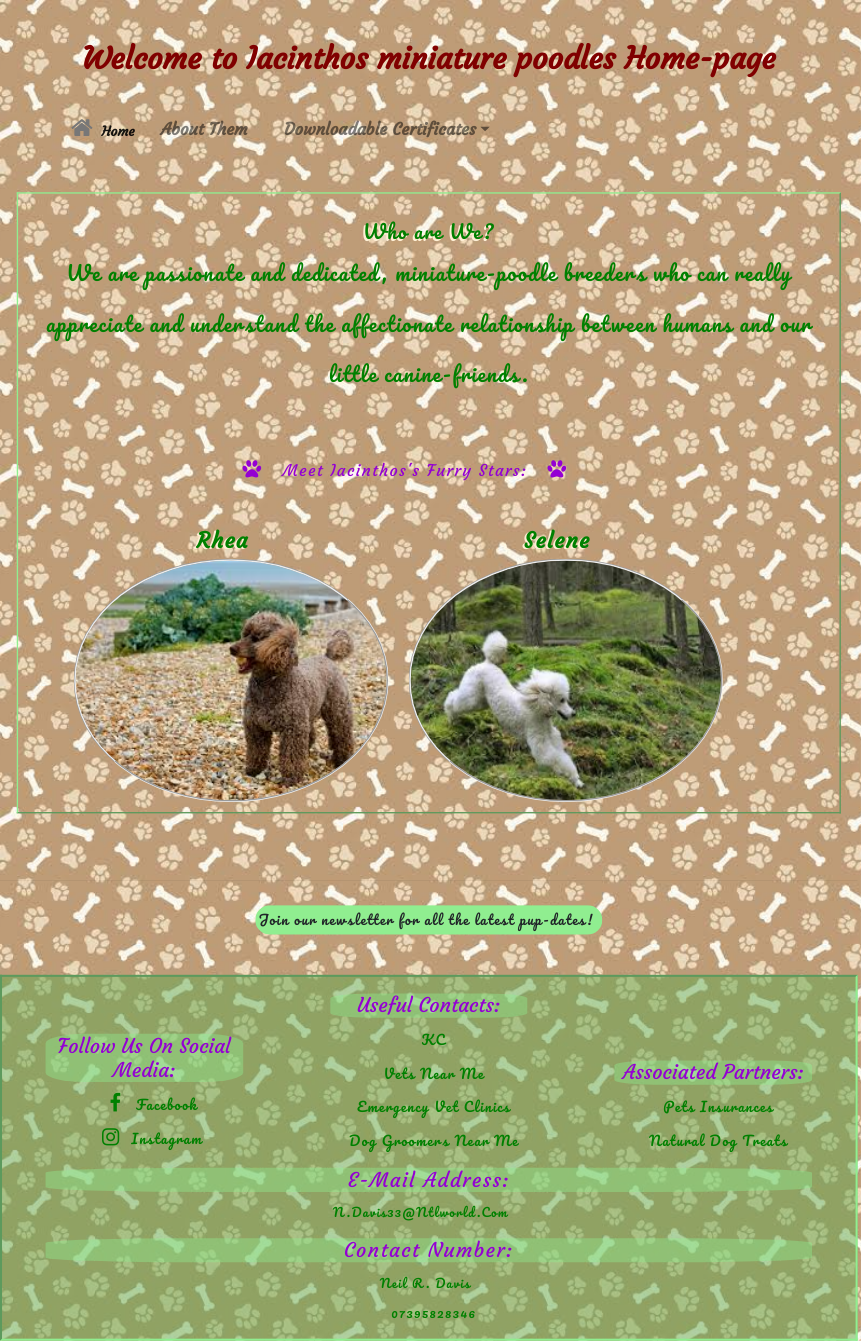
Repository: Code-Institute-Submissions/GeorgiosSklav-Iacinthos-blog
Page: index.html
The author's editor kept a record of every edit. The page is drawn from the files as they stood at one moment, then again after the next edit.
The browser window is 1280 px wide. The page is 1285 px wide, so the pictures cover 1285 px, including what lies to the right of the window. The pictures show the whole page, at 67% of full size.

Above is the page before.

### index.html
<!DOCTYPE html>
<html lang="en">

<head>
    <meta charset="UTF-8">
    <meta name="viewport" content="width=device-width, initial-scale=1.0">
    <meta http-equiv="X-UA-Compatible" content="ie=edge">
    <link rel="stylesheet" href="https://stackpath.bootstrapcdn.com/bootstrap/4.3.1/css/bootstrap.min.css " integrity="sha384-ggOyR0iXCbMQv3Xipma34MD+dH/1fQ784/j6cY/iJTQUOhcWr7x9JvoRxT2MZw1T " crossorigin="anonymous ">
    <title>Iacinthos mini Poodles</title>
    <link rel="stylesheet" href="https://stackpath.bootstrapcdn.com/font-awesome/4.7.0/css/font-awesome.min.css" integrity="sha384-wvfXpqpZZVQGK6TAh5PVlGOfQNHSoD2xbE+QkPxCAFlNEevoEH3Sl0sibVcOQVnN" crossorigin="anonymous">
    <link rel="stylesheet" href="style.css" type="text/css" />
</head>

<body>

    <header class="container">
        <div class="row align-items-start homepage">
            <a href="index.html" class="col-12 logo">
                <h1>Welcome to Iacinthos miniature poodles Home-page</h1>
            </a>
        </div>

        <nav class="navbar navbar-light navbar-expand-sm">
            <a href="index.html" class="navbar-brand"><i class="fa fa-home"></i> Home</a>
            <button class="navbar-toggler ml-auto" type="button" data-toggle="collapse" data-target="#navbarNavDropdown" aria-controls="Toggle navigation">
            <span class="navbar-toggler-icon"></span></button>
            <div class="collapse navbar-collapse" id="navbarNavDropdown">
                <ul class="navbar-nav mt-auto mt-2 mt-lg-0">
                    <li class="nav-item mr-2"><a class="nav-link" href="about-them.html">About Them</a></li>
                    <li class="nav-item dropdown">
                        <div class="nav-link dropdown-toggle" id="navbarDropdownMenuLink" role="button" data-toggle="dropdown" aria-haspopup="true" aria-expanded="false">
                            Downloadable Certificates</div>
                        <div class="dropdown-menu" aria-labelledby="navbarDropdownMenuLink">
                            <a class="dropdown-item" href="certificate.html">Kennel Club</a>
                            <a class="dropdown-item" href="lineage.html">Blood-Lineage</a>
                        </div>
                    </li>
                </ul>
            </div>
        </nav>


    </header>
    <main>
        <div class="jumbotron-fluid about" id="frame">
            <div class="about">
                <h3 class="about-title">Who are We?</h3>
                <p>We are passionate and dedicated, miniature-poodle breeders who can really appreciate and understand the affectionate relationship between humans and our little canine-friends.</p>
            </div>

            <div class="container">
                <div class="row introduction">
                    <div class="col-12 container-title capitalise">
                        <h4><i class="fa fa-paw" aria-hidden="true"></i>Meet Iacinthos's furry stars:<i class="fa fa-paw" aria-hidden="true"></i></h4>
                    </div>
                    <div class="col-10 offset-1 offset-sm-0 col-sm-6 offset-md-0 col-md-6">
                        <h5 class="dog-name">Rhea</h5>
                        <img src="./Media/selene.jpg" class="img-50">
                    </div>
                    <div class="col-10 offset-1 offset-sm-0 col-sm-6 offset-md-0 col-md-6">
                        <h5 class="dog-name">Selene</h5>
                        <img src="./Media/forest.jpg" class="img-50">
                    </div>
                </div>
            </div>
        </div>
    </main>
    <hr>

    <!------------------------------------------------ Modal -->

    <button type="button" class="btn btn-color" data-toggle="modal" data-target="#exampleModal">
  Join our newsletter for all the latest pup-dates!
</button>

    <div class="modal fade" id="exampleModal" tabindex="-1" role="dialog" aria-labelledby="exampleModalLabel" aria-hidden="true">
        <div class="modal-dialog" role="document">
            <div class="modal-content">
                <div class="modal-header">
                    <h5 class="modal-title" id="exampleModalLabel">Join our family with a flick of your paw!</h5>
                    <button type="button" class="close" data-dismiss="modal" aria-label="Close">
                     <span aria-hidden="true">&times;</span>
        </button>
                </div>
                <div class="modal-body">
                    <form class="modal-newsletter">
                        <div class="form-group ">
                            <input type="email" class="form-control" id="InputEmail2" aria-describedby="emailHelp" placeholder="Your Woof-mail....">
                        </div>
                        <div class="form-group">
                            <input type="password" class="form-control" id="InputPassword2" placeholder="....and a Woof-password">
                        </div>
                        <div class="form-group form-check">
                            <input type="checkbox" class="form-check-input" id="exampleCheck1">
                            <label class="form-check-label" for="Check1">Remember me</label>
                        </div>
                    </form>
                </div>
                <div class="modal-footer">
                    <button type="button" class="btn btn-danger" data-dismiss="modal">Close</button>
                    <button type="button" class="btn btn-info">Subscribe</button>
                </div>
            </div>
        </div>
    </div>


    <footer class="container-fluid footer">
        <div class="row align-items-end">
            <div class="col-12 col-md-3 col-lg-3">
                <h4 class="social-title capitalise">Follow us on social media:</h4>
                <ul class="social-links">
                    <li>
                        <a target="_blank" href="https://www.facebook.com/neil.davis.9862">
                            <i class="fa fa-facebook"></i>
                            <span>Facebook</span>
                        </a>
                    </li>
                    <li>
                        <a target="_blank" href="https://instagram.com/neilr.davis?igshid=wmi0mqp5d2se">
                            <i class="fa fa-instagram"></i>
                            <span>Instagram</span>
                        </a>
                    </li>
                </ul>
            </div>
            <div class="col-12 col-md-3 col-lg-3">
                <h4 class="social-title capitalise">Useful contacts:</h4>
                <ul class="social-links">
                    <li>
                        <a target="_blank" href="https://www.thekennelclub.org.uk/">
                            <span class="capitalise">KC</span>
                        </a>
                    </li>
                    <li>
                        <a target="_blank" href="https://www.google.com/search?q=vet+near+me&oq=vet+near&aqs=chrome.0.0j69i57j0l4.4119j0j7&sourceid=chrome&ie=UTF-8">
                            <span class="capitalise">Vets near me</span>
                        </a>
                    </li>
                    <li>
                        <a target="_blank" href="https://www.google.com/search?q=emergency+vet+clinic+near+me&oq=emergency+vet&aqs=chrome.4.69i57j0l5.15430j0j7&sourceid=chrome&ie=UTF-8">
                            <span class="capitalise">Emergency vet clinics</span>
                        </a>
                    </li>
                    <li>
                        <a target="_blank" href="https://www.google.com/search?q=dog+groomer+near+me&oq=dog+groomer&aqs=chrome.1.69i57j0l5.4790j0j7&sourceid=chrome&ie=UTF-8">
                            <span class="capitalise">Dog groomers near me</span>
                        </a>
                    </li>
                </ul>
            </div>
            <div class="col-12 col-md-3 col-lg-3">
                <h4 class="social-title capitalise">Associated partners:</h4>
                <ul class="social-links">
                    <li>
                        <a target="_blank" href="https://www.google.com/search?q=pet+insurance+near+me&oq=pet+ins&aqs=chrome.2.0j69i57j0l4.6094j0j7&sourceid=chrome&ie=UTF-8">
                            <span class="capitalise">pets insurances</span>
                        </a>
                    </li>
                    <li>
                        <a target="_blank" href="https://www.doglistener.co.uk/catalog/natural-dog-treats-0">
                            <span class="capitalise">natural dog treats</span>
                        </a>
                    </li>
                </ul>
            </div>
            <div class="col-12 col-md-3 col-lg-3 contacts">
                <h4 class="social-title capitalise">e-mail address:</h4>
                <p class="capitalise social-links">
                    n.davis33@ntlworld.com
                </p>
                <h4 class="social-title capitalise">Contact number:</h4>
                <ul class="social-links">
                    <li class="social-links capitalise">
                        neil r. davis
                    </li>
                    <li class="capitalise">
                        07395828346
                    </li>
                </ul>
            </div>
        </div>
    </footer>

    <script src="https://code.jquery.com/jquery-3.3.1.slim.min.js" integrity="sha384-q8i/X+965DzO0rT7abK41JStQIAqVgRVzpbzo5smXKp4YfRvH+8abtTE1Pi6jizo" crossorigin="anonymous"></script>
    <script src="https://cdnjs.cloudflare.com/ajax/libs/popper.js/1.14.7/umd/popper.min.js" integrity="sha384-UO2eT0CpHqdSJQ6hJty5KVphtPhzWj9WO1clHTMGa3JDZwrnQq4sF86dIHNDz0W1" crossorigin="anonymous"></script>
    <script src="https://stackpath.bootstrapcdn.com/bootstrap/4.3.1/js/bootstrap.min.js" integrity="sha384-JjSmVgyd0p3pXB1rRibZUAYoIIy6OrQ6VrjIEaFf/nJGzIxFDsf4x0xIM+B07jRM" crossorigin="anonymous"></script>
</body>

</html>

### style.css
@import url('https://fonts.googleapis.com/css?family=Courgette:100,200,300,400,500,600,700|Pacifico:100,200,300,400,500,600,700');

/*------------------------------------------------body background*/

body {
    background-image: url("./Media/paws.jpg");
    background-size: 40%;
    line-height: 2.5;
    text-align: center;
}

h1 {
    font-family: "Courgette", sans-serif;
    font-weight: 700;
    font-size: 45px;
    color: #800000;
    margin-top: 35px;
    padding-top: 25px;
}

.heading {
    margin: 25px;
}

.capitalise {
    text-transform: capitalize;
}

/*------------------------------------------------Navbar*/

.navbar {
    display: flex;
      word-break: keep-all;
      margin-top: 25px;
      margin-bottom: 25px;
}

.navbar-light {
    font-family: 'Courgette', sans-serif;
    font-weight: 600;
    font-size: 25px;
}

.nav-link {
    margin-right: 15px;
    margin-left: 15px;
}

.nav-link:hover {
    background-color: #90ee90;
    border-radius: 30%;
}

.dropdown-menu {
    background-color: #90ee90;
    font-weight: 600;
    font-size: 20px;
    border-radius: 10%;
}

.dropdown-menu ul li:hover {
    background-color: #777;
}

.ml-auto {
    background-color: #90ee90;
}

.navbar i {
    font-size: 35px;
    padding-top: 0;
    padding-bottom: 5px;
    padding-right: 2px;
    margin: 5px;
    color: #777;
}

.navbar-brand:hover {
    background-color: #90ee90;
    border-radius: 30px;
}

/*------------------------------------------Media queries*/

@media (max-width: 300px) {
    .ml-auto:hover {
        background-color: #777;
    }
    .dropdown-item:hover {
        background-color: #777;

    }
    #navbarNavDropdown {
        background-color: #777;
    }

    #navbarNavDropdown ul li:hover {
        background-color: #90ee90;
    }
    .social-links,
    .social-title {
        font-size: 30px;
    }
}

@media (max-width: 3800px) {
    .dropdown-menu {
        background-color: #90ee90;
        color: #777;
    }
    .dropdown-item:hover {
        background-color: #777;
        color: #90ee90;
    }

    .col-lg-3 {
        flex: 30%;
        max-width: 100%;
    }
}

/*------------------------------------------------Homepage*/

.homepage a {
    text-decoration: none;
    height: 100%;
}

.introduction {
    height: 90%;
    width: 90%;
}


.img-50 {
    margin-left: 25px;
    width: 100%;
    float: none;
    border-style: groove;
    border-radius: 50%;
}

/*--------------------------------------------texts,p*/

.container-title {
    text-align: center;
    margin: 35px;
    font-family: "Courgette", sans-serif;
    color: #9400d3;
}

.container-title i {
    font-size: 30px;
    padding: 15px;
    margin: 15px;
}

.dog-name {
    font-family: "Courgette", sans-serif;
    font-weight: 700;
    font-size: 32px;
    margin-left: 25px;
    text-shadow: -3px 2px 0.5px #ffefd5;

}

/*----------------------------------------about us section*/

.about {
    margin: 25px;
    font-family: "Pacifico", sans-serif;
    font-size: 30px;
    font-weight: 500;
    letter-spacing: 2px;
    color: #008000;
}

.about-title {
    text-shadow: -3px 2px 0.5px #ffefd5;
}

#frame {
    border: 2px outset #90ee90;
    font-size: 25px;
    letter-spacing: 2px;
    margin-top: 45px;
    margin-bottom: 100px;
    padding: 15px;

}

/*----------------------------------------newsletter button*/

.btn-color {
    background-color: #90ee90;
    font-family: "Pacifico", sans-serif;
    font-size: 20px;
    letter-spacing: 2px;
    margin: 20px 25px;
    padding-left: 4px;
    border-radius: 50px;
}

.btn-color:hover {
    color: #90ee90;
    background-color: #777;
}

/*----------------------------------------Modal styling*/

.modal-title {
    font-family: "Pacifico", sans-serif;
    font-size: 25px;
    margin: 10px 5px;
}

.modal-content {
    background-color: #90ee90;
    text-shadow: -3px 2px 0.5px #ffefd5;
    color: #777;
}

.modal-footer .btn-danger,
.btn-info {
    margin-right: 20px;
}

.modal-body {
    padding: 0 15px 0 15px;
    top: 5px;
    bottom: 0;
    margin-top: 10px;
}


/*----------------------------------------footer*/

.footer {
    display: inline-block;
    border: 3px inset #90ee90;
    background-color: rgba(100, 170, 80, .5);
    padding-top: 25px;
    margin: 40px 5px 0px 0px;
    text-align: center;
}

.contacts .social-title {
    text-transform: capitalize;
    text-decoration: none;
    font-family: "Courgette", sans-serif;
    font-size: 30px;
    font-weight: 400;
    letter-spacing: 2px;
    color: #9400d3;
}

.social-links {
    list-style: none;
    padding-right: 25px;
    font-family: "Pacifico", sans-serif;
    color: #008000;
    font-size: 18px;
    font-weight: 400;
    letter-spacing: 2px;
}

.social-links li a {
    text-decoration: none;
    font-family: "Pacifico", sans-serif;
    font-size: 20px;
    font-weight: 400;
    letter-spacing: 2px;
    color: #008000;
}

.social-links li a:hover {
    background-color: #777;
    color: #90ee90;
    border-radius: 30%;
}

.social-links li i {
    font-size: 30px;
    height: 45px;
    width: 45px;
}

.social-title {
    word-break: keep-all;
    margin-left: 50px;
    margin-right: 50px;
    font-size: 30px;
    font-family: "Courgette", sans-serif;
    color: #9400d3;
    border-radius: 20%;
    background-color: rgba(144, 238, 144, 0.4);
}

After the next edit:
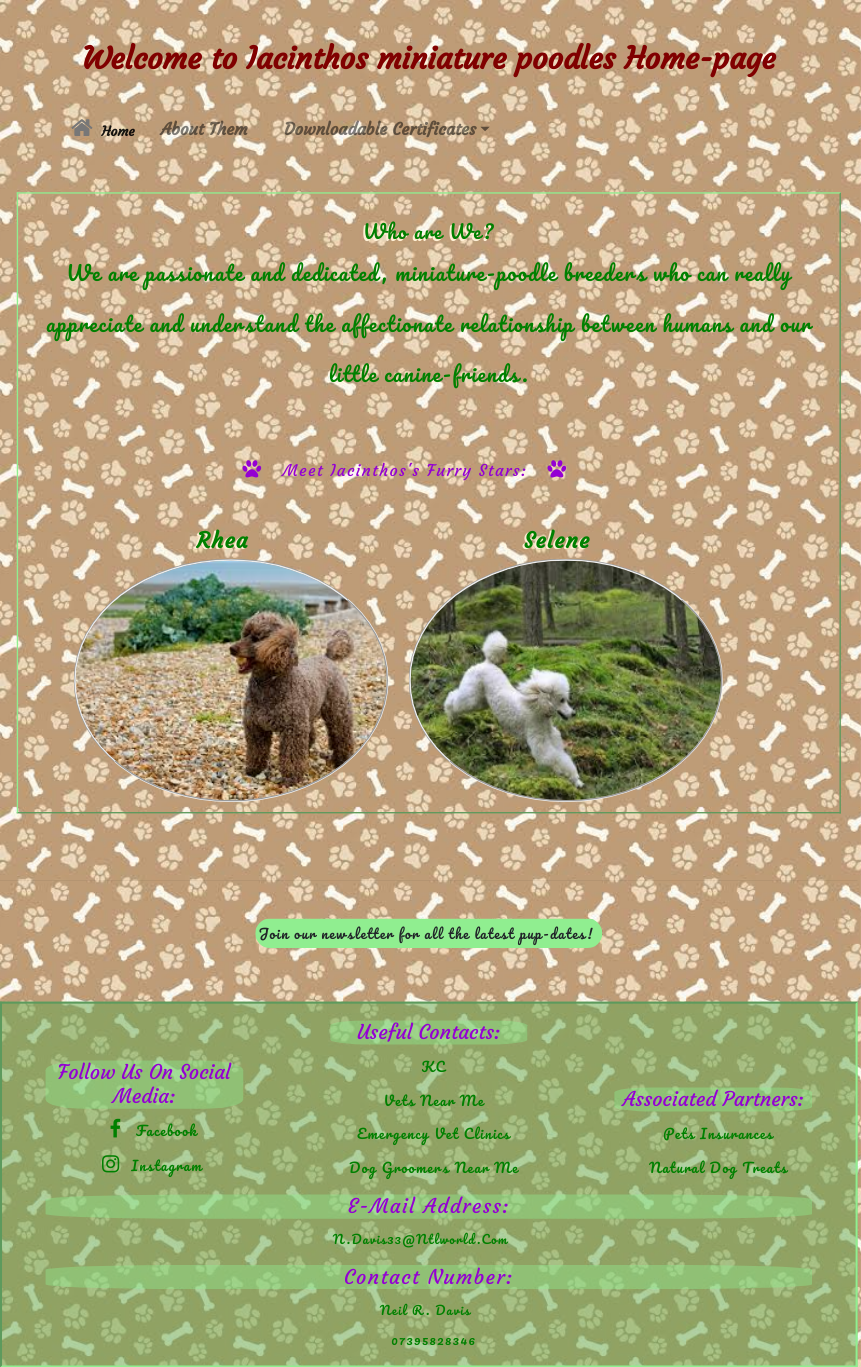
The edit:
--- a/style.css
+++ b/style.css
@@ -196,7 +196,7 @@
     font-family: "Pacifico", sans-serif;
     font-size: 20px;
     letter-spacing: 2px;
-    margin: 20px 25px;
+    margin: 40px 25px;
     padding-left: 4px;
     border-radius: 50px;
 }
